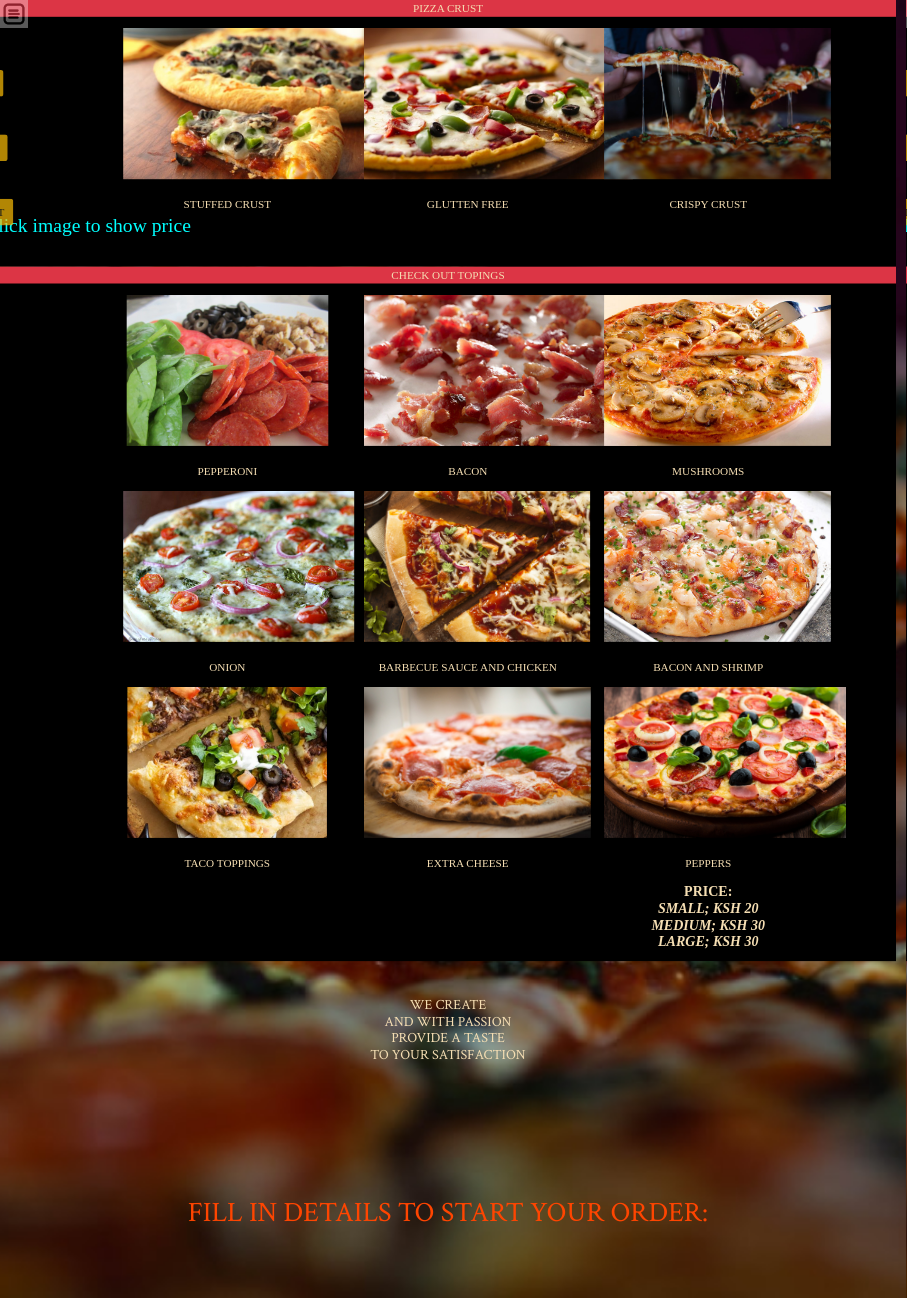
Repository: alexmwaura/MOREO--PIZZA-IP4
Page: mine.html
An editor plug-in stored every save of this project. The page is shown before and after the next save, followed by the edit.
The browser window is 1280 px wide. The page is 1295 px wide, so the pictures cover 1295 px, including what lies to the right of the window. The pictures show the whole page, at 70% of full size.
Some web fonts or font styles are not loaded; a fallback is used.

Above is the page before, as saved 2019-09-01 14:47:15.

After the next save:
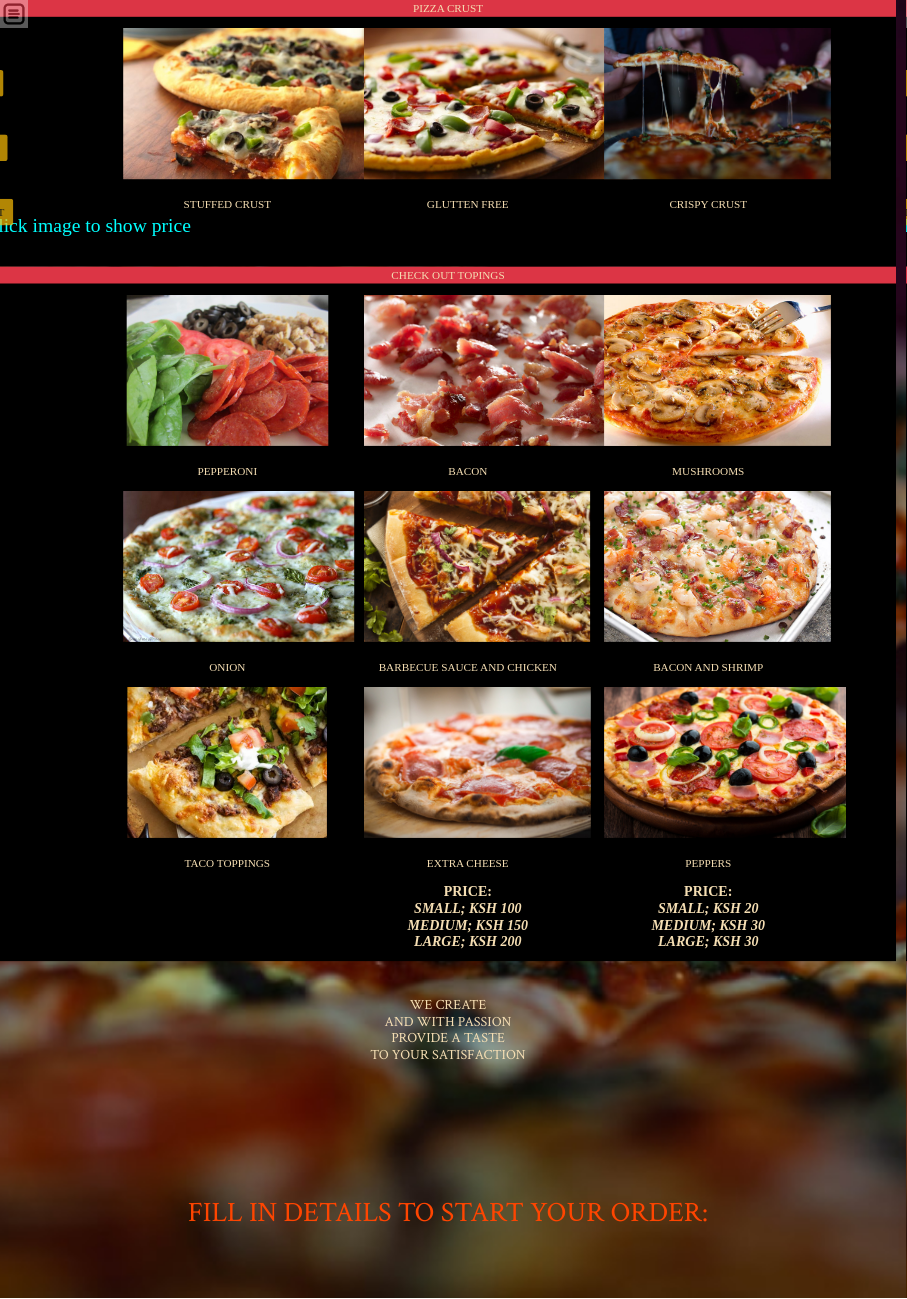
Saved 34 s later.
--- a/mine.html
+++ b/mine.html
@@ -364,7 +364,7 @@
                                 <div class="line">
                                     <p class="trial5">EXTRA CHEESE </p>
                                     <p class="p1">
-                                        <h5 class="p1"><strong> PRICE: <br>
+                                        <h5 class="p12"><strong> PRICE: <br>
                                             <em>SMALL; KSH 100</em><br>
                                             <em>MEDIUM; KSH 150</em><br>
                                             <em>LARGE; KSH 200</em>
